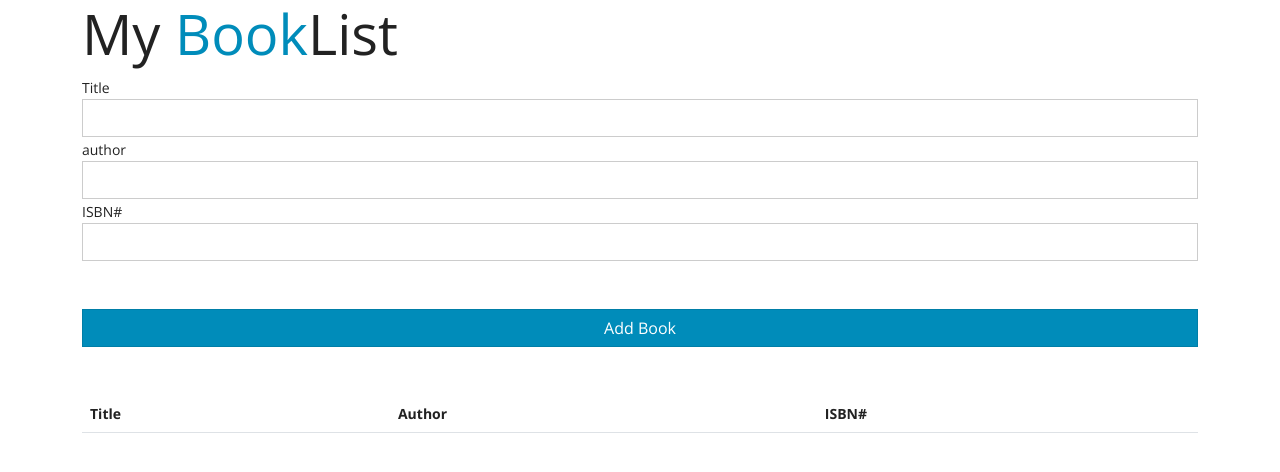
Repository: Fauzaanmhmd/vanillaBookList
Page: index.html
An editor plug-in stored every save of this project. The page is shown before and after the next save, followed by the edit.
The browser window is 1280 px wide. The pictures show the whole page.

Above is the page before, as saved 2022-02-15 02:50:43.

### index.html
<!DOCTYPE html>
<html lang="en">

<head>
    <meta charset="UTF-8">
    <meta http-equiv="X-UA-Compatible" content="IE=edge">
    <meta name="viewport" content="width=device-width, initial-scale=1.0">
    <link rel="stylesheet" type="text/css" href="bootstrap.min.css">
    <title>My BookList App</title>
</head>

<body>
    <div class="container">
        <h1 class="display-4">My <span class="text-primary">Book</span>List</h1>
        <form action="" id="book-form">
            <div class="form-group">
                <label for="title">Title</label>
                <input type="text" id="title" class="form-control">
            </div>
            <div class="form-group">
                <label for="author">author</label>
                <input type="text" id="title" class="form-control">
            </div>
            <div class="form-group">
                <label for="isbn">ISBN#</label>
                <input type="text" id="title" class="form-control">
            </div>
            <input type="submit" value="Add Book" class="btn btn-primary col-12 mt-5">
        </form>
        <table class="table table-striped mt-5">
            <thead>
                <tr>
                    <th>Title</th>
                    <th>Author</th>
                    <th>ISBN#</th>
                </tr>
            </thead>
            <tbody id="book-list"></tbody>
        </table>
    </div>
    <script src="main.js"></script>
</body>

</html>

Loaded but not shown: bootstrap.min.css (library); main.js (no copy from this time; the picture is the same without it)

After the next save:
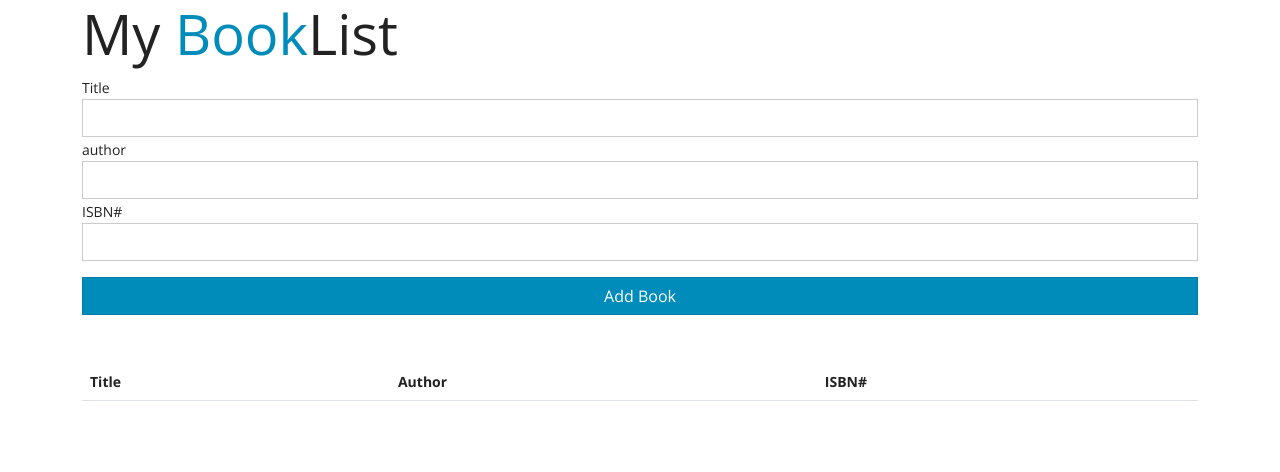
Saved 5 s later.
--- a/index.html
+++ b/index.html
@@ -25,7 +25,7 @@
                 <label for="isbn">ISBN#</label>
                 <input type="text" id="title" class="form-control">
             </div>
-            <input type="submit" value="Add Book" class="btn btn-primary col-12 mt-5">
+            <input type="submit" value="Add Book" class="btn btn-primary col-12 mt-3">
         </form>
         <table class="table table-striped mt-5">
             <thead>
